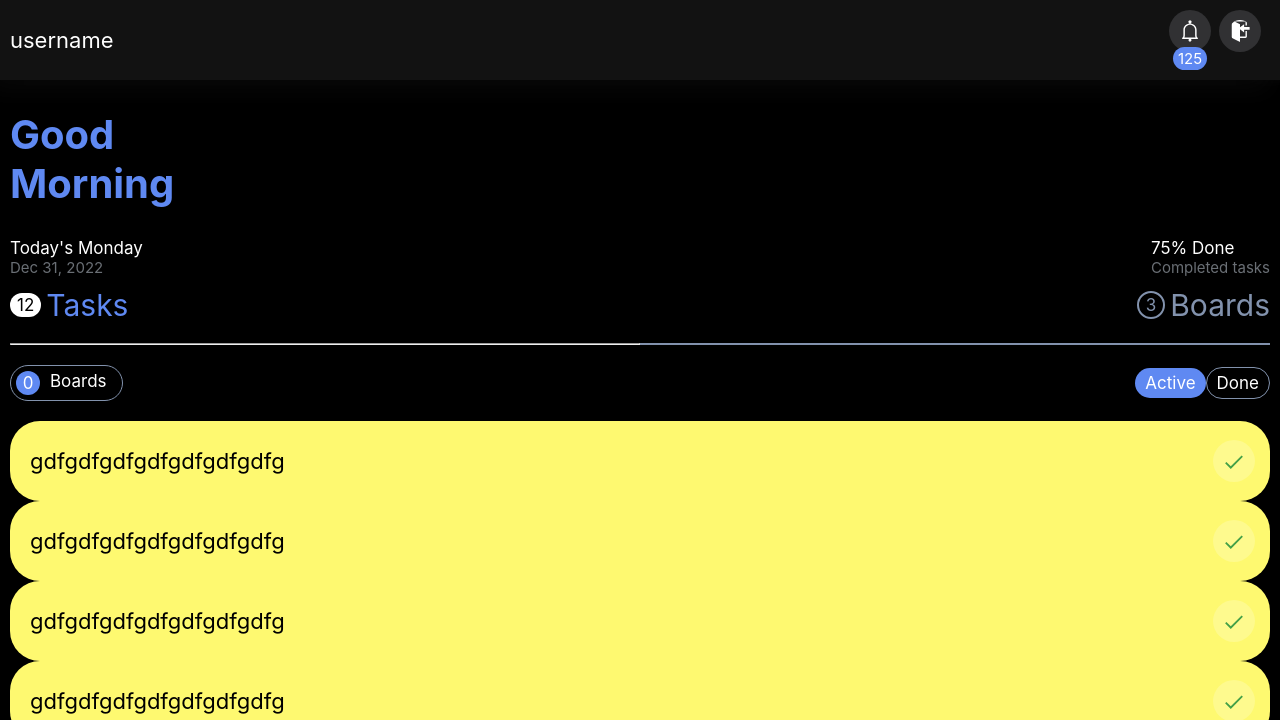
Repository: ShindanoSingi/todo-app
Page: /
These files come from the project's save history. The page is drawn as it stood at one moment and after the next save; the edit follows.
The browser window is 1280 px wide. The pictures show the whole page.
The project was rebuilt for these pictures with package versions that can differ from the ones it lists, and the page was loaded fresh each time. Also part of the build but not shown: src/pages/LandingPage.js.

Above is the page before, as saved 2023-01-01 19:14:01.

After the next save:
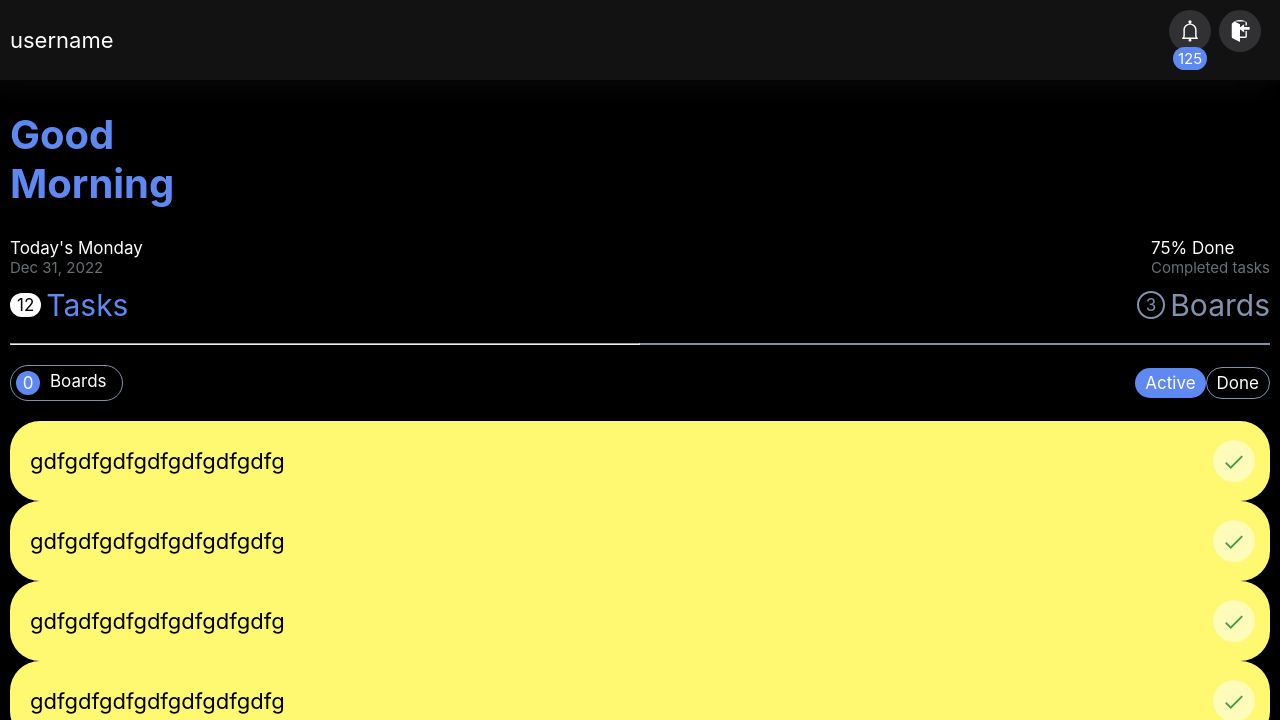
Saved 8 s later.
--- a/src/index.css
+++ b/src/index.css
@@ -241,7 +241,7 @@ h2 {
   padding: 10px;
   border-radius: 50px;
   /* From https://css.glass */
-  background: rgba(255, 255, 255, 0.21);
+  background: rgba(255, 255, 255, 0.51);
   backdrop-filter: blur(0px);
   -webkit-backdrop-filter: blur(0px);
 }
